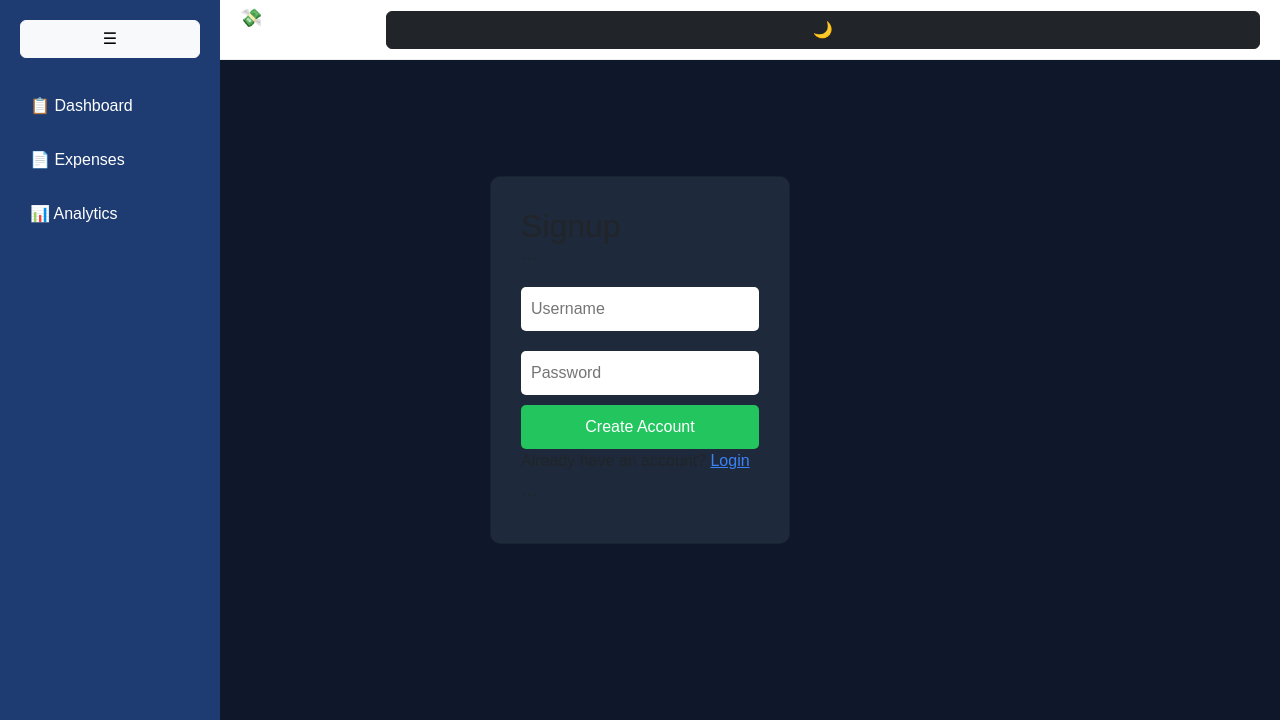
Repository: TejasChoudhary1996/expense-microservices
Page: http://localhost/ui-service/WEB-INF/jsp/pages/signup.jsp
The author's editor kept a copy of each file at every save. The page is drawn from the files as they stood at one save, then again after the next save.
The browser window is 1280 px wide. The pictures show the whole page.
The page is served by Tomcat 10. Nobody is signed in. The template is opened directly, without the code that normally fills it, so the values that code supplies are empty.

Above is the page before, as saved 2026-03-27 20:42:27.

After the next save:
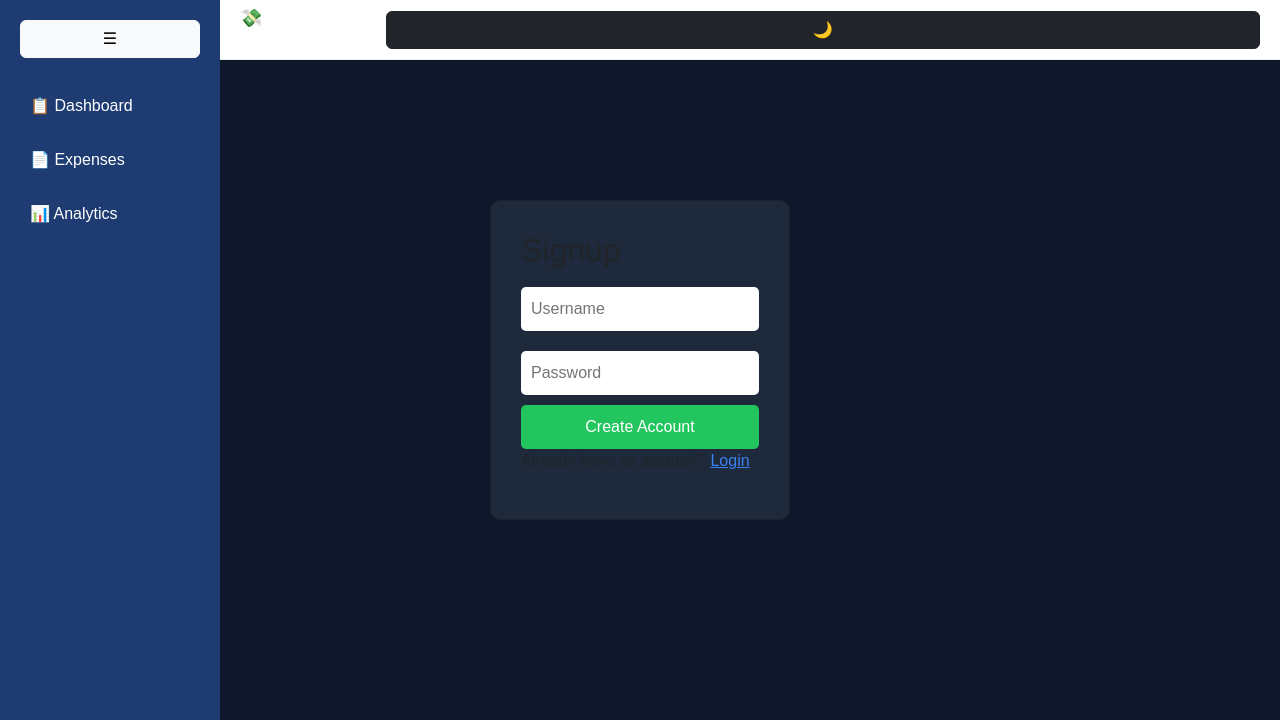
Saved 6 s later.
--- a/ui-service/src/main/webapp/WEB-INF/jsp/pages/signup.jsp
+++ b/ui-service/src/main/webapp/WEB-INF/jsp/pages/signup.jsp
@@ -48,7 +48,7 @@
 <div class="card">
     <h2>Signup</h2>
 
-```
+
 <form action="/signup" method="post">
     <input name="username" placeholder="Username" required/>
     <input name="password" type="password" placeholder="Password" required/>
@@ -56,7 +56,7 @@
 </form>
 
 <p>Already have an account? <a href="/login">Login</a></p>
-```
+
 
 </div>
 
